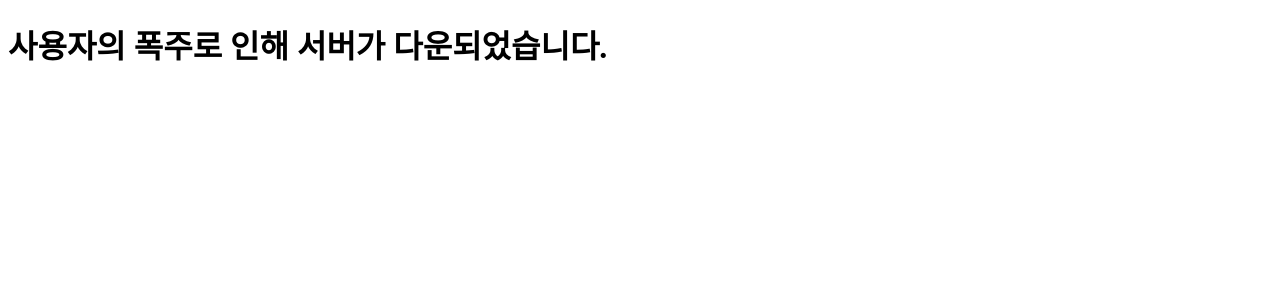
Repository: zxcvne/1400_web_nhs
Page: http://localhost/web/06_error_page.jsp
The author's editor kept a copy of each file at every save. The page is drawn from the files as they stood at one save, then again after the next save.
The browser window is 1280 px wide. The pictures show the whole page.
The page is served by Tomcat 10.

Above is the page before, as saved 2025-10-26 05:35:24.

After the next save:
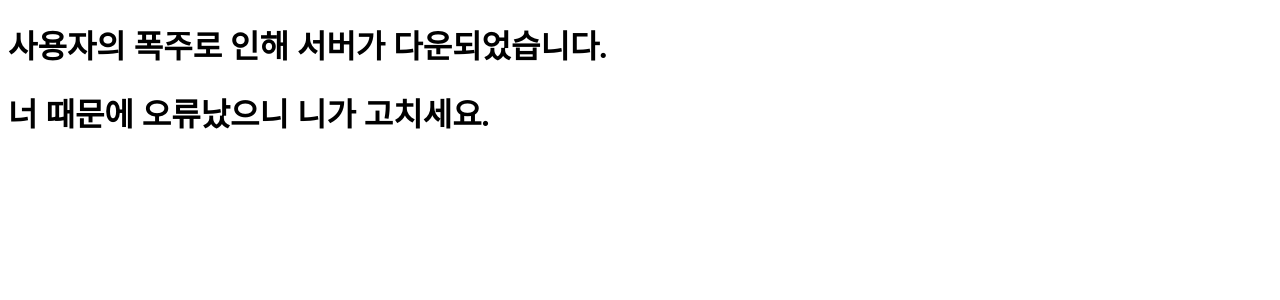
Saved 15 s later.
--- a/05_jsp/src/web/src/main/webapp/06_error_page.jsp
+++ b/05_jsp/src/web/src/main/webapp/06_error_page.jsp
@@ -8,5 +8,6 @@
 </head>
 <body>
 	<h1>사용자의 폭주로 인해 서버가 다운되었습니다.</h1>
+	<h1>너 때문에 오류났으니 니가 고치세요.</h1>
 </body>
 </html>
